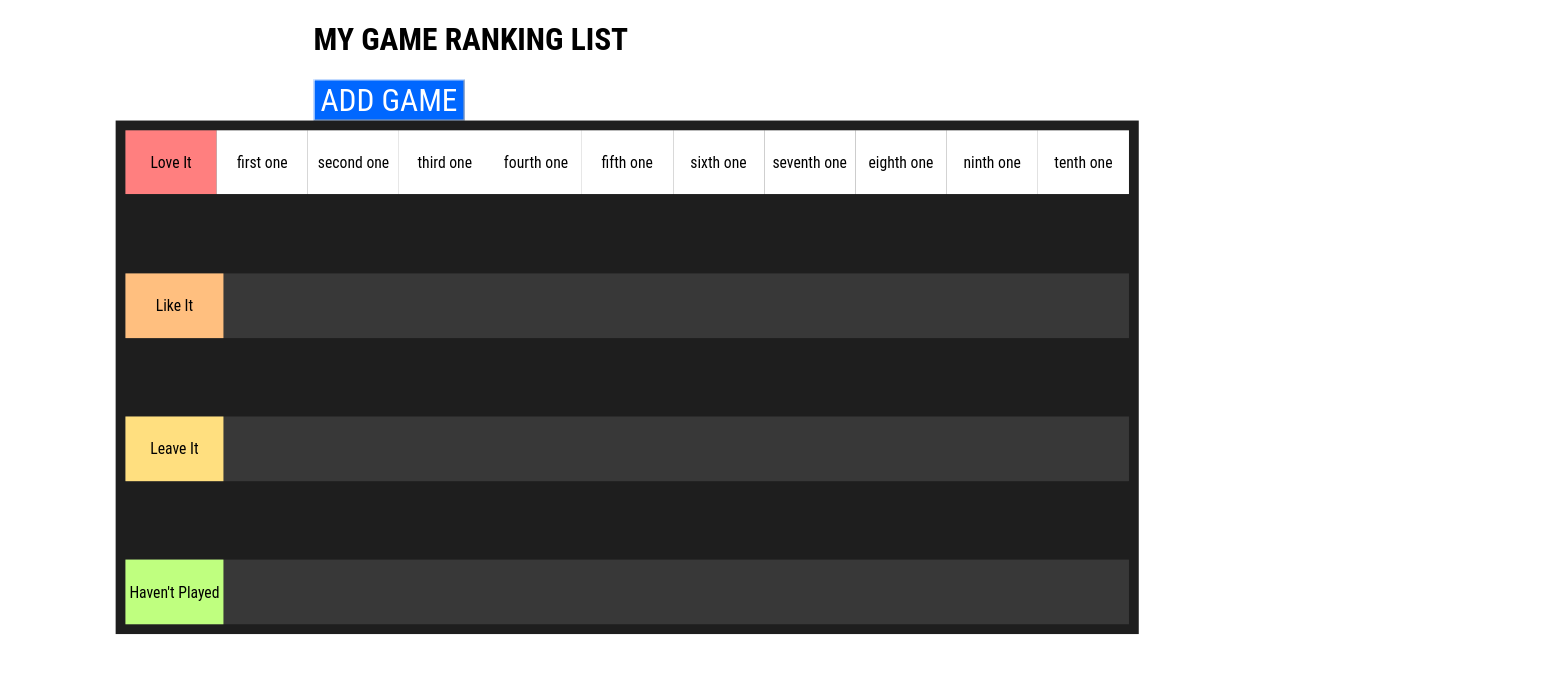
Repository: akiachenise/akiachenise.github.io
Page: JackboxGames_TierList_vanilla/index.html
These files come from the project's save history. The page is drawn as it stood at one moment and after the next save; the edit follows.
The browser window is 1280 px wide. The page is 1600 px wide, so the pictures cover 1600 px, including what lies to the right of the window. The pictures show the whole page, at 98% of full size.

Above is the page before, as saved 2022-11-26 17:35:23.

### JackboxGames_TierList_vanilla/index.html
<!DOCTYPE html>
<!--[if lt IE 7]>      <html class="no-js lt-ie9 lt-ie8 lt-ie7"> <![endif]-->
<!--[if IE 7]>         <html class="no-js lt-ie9 lt-ie8"> <![endif]-->
<!--[if IE 8]>         <html class="no-js lt-ie9"> <![endif]-->
<!--[if gt IE 8]>      <html class="no-js"> <!--<![endif]-->
<html lang="en-US">
  <head>
    <meta charset="utf-8" />
    <meta http-equiv="X-UA-Compatible" content="IE=edge" />
    <title>My Game Ranking List</title>
    <meta name="description" content="My Game Ranking" />
    <meta name="viewport" content="width=device-width, initial-scale=1" />
    <link rel="stylesheet" type="text/css" href="css/stylesheet.css" />
    <link rel="stylesheet" href="https://fonts.googleapis.com/css2?family=Roboto&display=swap">
  </head>
  <body>
    <!--[if lt IE 7]>
      <p class="browsehappy">
        You are using an <strong>outdated</strong> browser. Please
        <a href="#">upgrade your browser</a> to improve your experience.
      </p>
    <![endif]-->
    <span class="headerContainer">
        <h1>My Game Ranking List</h1>
        <button id="addCard" class="add">Add Game</button>
    </span>
    <div id="board">
        <div class = "row">
            <div class = "label">Love It</div>
            <div class="card" id="first" draggable="true">first one</div>
            <div class="card" id="second" draggable="true">second one</div>
            <div class="card" id="third" draggable="true">third one</div>
            <div class="card" id="fourth" draggable="true">fourth one</div>
            <div class="card" id="fifth" draggable="true">fifth one</div>
            <div class="card" id="sixth" draggable="true">sixth one</div>
            <div class="card" id="seventh" draggable="true">seventh one</div>
            <div class="card" id="eighth" draggable="true">eighth one</div>
            <div class="card" id="ninth" draggable="true">ninth one</div>
            <div class="card" id="ninth" draggable="true">tenth one</div>

        </div>
        <div class = "row">
            <div class = "label">Like It</div>
        </div>
        <div class = "row">
            <div class = "label">Leave It</div>
        </div>
        <div class = "row">
            <div class = "label">Haven't Played</div>
        </div>

    </div>


    <script src="js/cards.js" async defer></script>
    <script src="js/rows.js" async defer></script>
  </body>
</html>

### JackboxGames_TierList_vanilla/css/stylesheet.css
body {
    font-family: 'Roboto Condensed', Sans-serif;
    margin: 0;
    display: flex;
    flex-direction: column;
    align-items: center;
    justify-content: center;
}

.headerContainer {
    display: block;
    width: 100vw;
    align-items: center;
    padding-left: 40rem;

}

h1 {
    text-transform: uppercase;
}
button {
    font-family: 'Roboto Condensed', Sans-serif;
    font-size: 2rem;
    text-transform: uppercase;
    border-width: 1px 1px 1px 1px;
    border-radius: 0px 0px 0px 0px;
    border-color: white;
    color: white;
    background: rgba(0,103,255,1);


}

#board {
    display: flex;
    flex-direction: column;
    align-items: center;
    justify-content: space-between;
    padding: 10px;
    width: 80vw;
    height: 70vh;
    background-color: rgb(30, 30, 30);
}

.row {
    display: flex;
    width: 100%;
    height: 13%;
    background-color: rgb(56, 56, 56);
}

.label {
    display: flex;
    justify-content: center;
    align-items: center;
    height: 100%;
    width: 100px;
    background-color: orange;
}

.card {
    height: 100%;
    width: 100px;
    display: flex;
    justify-content: center;
    align-items: center;
    background-color: white;
}

### JackboxGames_TierList_vanilla/js/cards.js
const cards = document.querySelectorAll('.card');

const onDragStart = (event) => {
    console.log('dragging the element');
    event.dataTransfer.setData('id', event.target.id);
    setTimeout(() => {
        event.target.style.visibility = 'hidden';
    }, 50)
}

const onDragEnd = (event) => {
    event.target.style.visibility = 'visible';
    console.log('ended the drag');
}

cards.forEach((card) => {
    card.ondragstart = onDragStart;
    card.ondragend = onDragEnd;


})

### JackboxGames_TierList_vanilla/js/rows.js
const rows = document.querySelectorAll('.row');
const colorRanks = ['rgb(255, 127, 127)', 'rgb(255, 191, 127)', 'rgb(255, 223, 127)' , 'rgb(191, 255, 127)'];

const onDragOver = (event) => {
    event.preventDefault();
}

const onDrop = (event) => {
   event.preventDefault();
   const draggedCardId = event.dataTransfer.getData('id');
   const draggedCard = document.getElementById(draggedCardId);
   event.target.appendChild(draggedCard);
   console.log('dropped the element');
}

rows.forEach((row, index) => {
    const label = row.querySelector('.label');
    label.style.backgroundColor = colorRanks[index];
    row.ondragover = onDragOver;
    row.ondrop = onDrop;
})

After the next save:
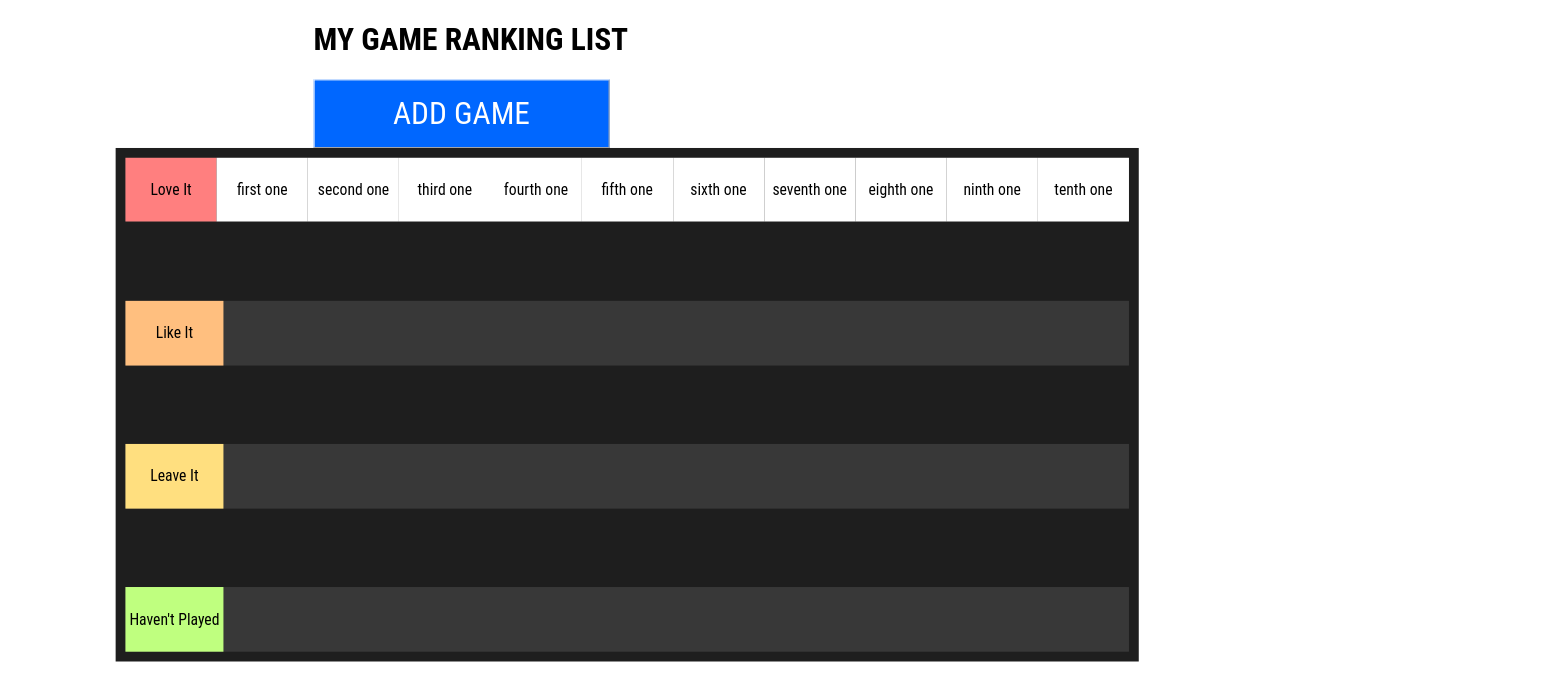
Saved 47 s later.
--- a/JackboxGames_TierList_vanilla/css/stylesheet.css
+++ b/JackboxGames_TierList_vanilla/css/stylesheet.css
@@ -27,6 +27,7 @@
     border-color: white;
     color: white;
     background: rgba(0,103,255,1);
+    padding: 15px 80px 15px 80px;
 
 
 }

After the save that followed:
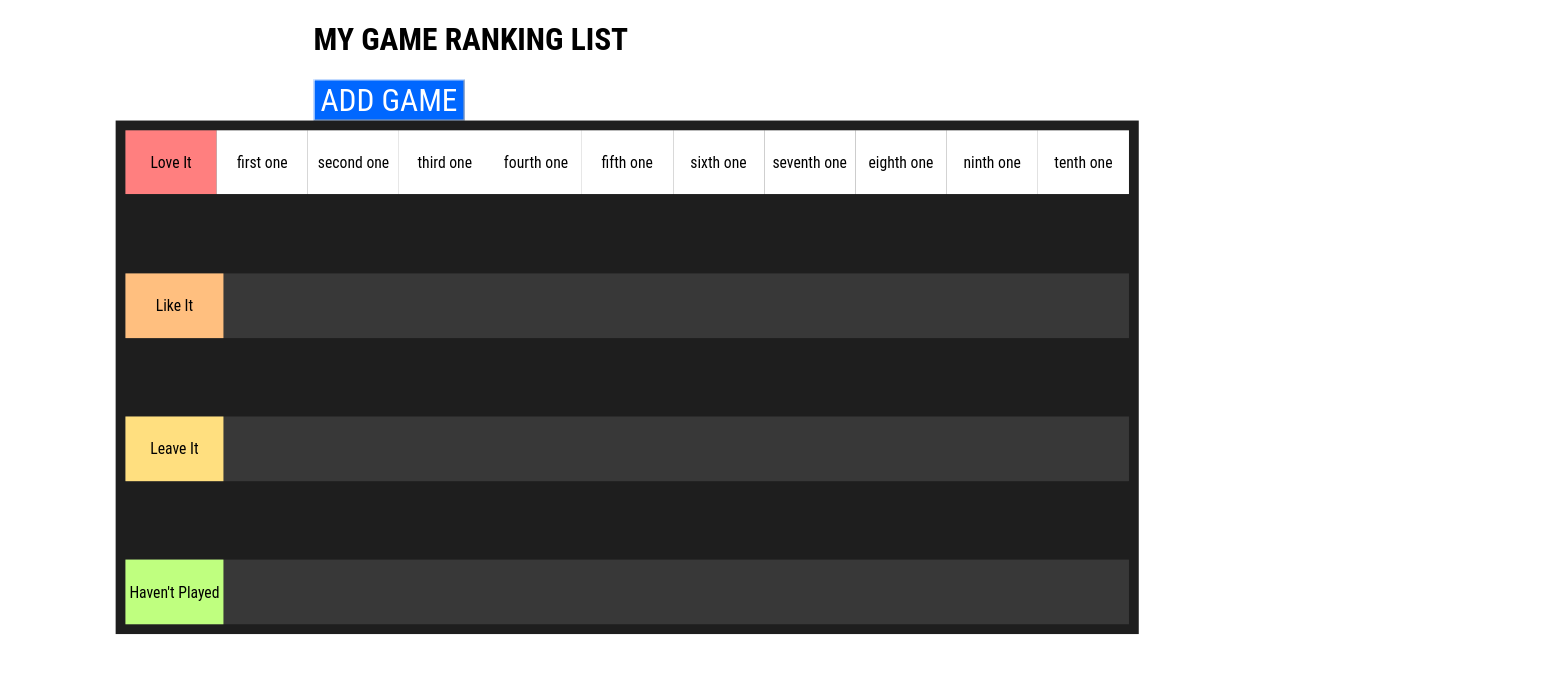
Saved 2 min 41 s later.
--- a/JackboxGames_TierList_vanilla/css/stylesheet.css
+++ b/JackboxGames_TierList_vanilla/css/stylesheet.css
@@ -27,7 +27,6 @@
     border-color: white;
     color: white;
     background: rgba(0,103,255,1);
-    padding: 15px 80px 15px 80px;
 
 
 }
